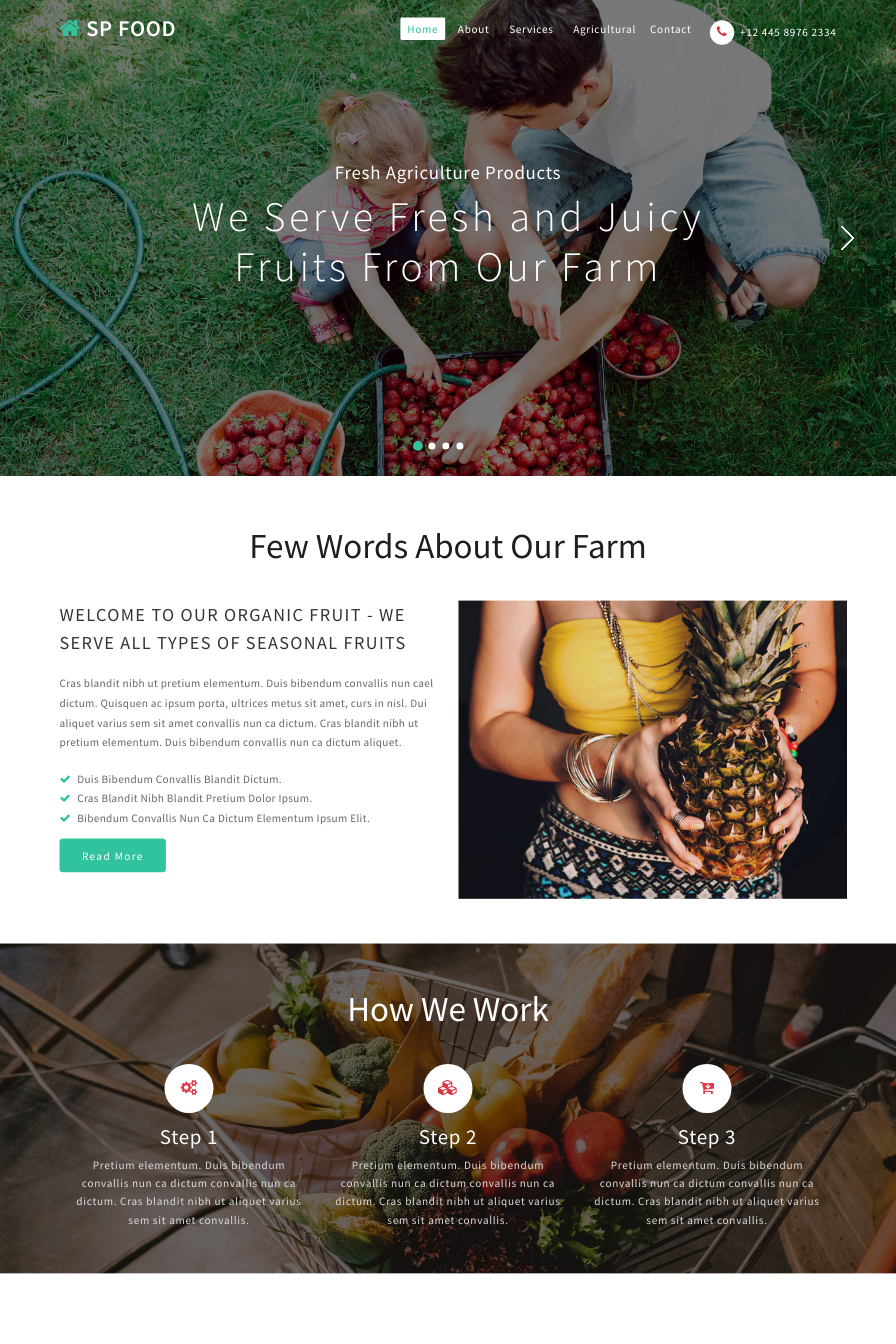
Repository: httpamit/SP-Food
Page: index.html
These files come from the project's save history. The page is drawn as it stood at one moment and after the next save; the edit follows.
The browser window is 1280 px wide. The pictures show the part of the page from y = 0 to 1920 px (the page is 4839 px tall), at 70% of full size.
Backgrounds fixed to the window are drawn as part of the page.

Above is the page before, as saved 2019-02-07 23:16:37.

After the next save:
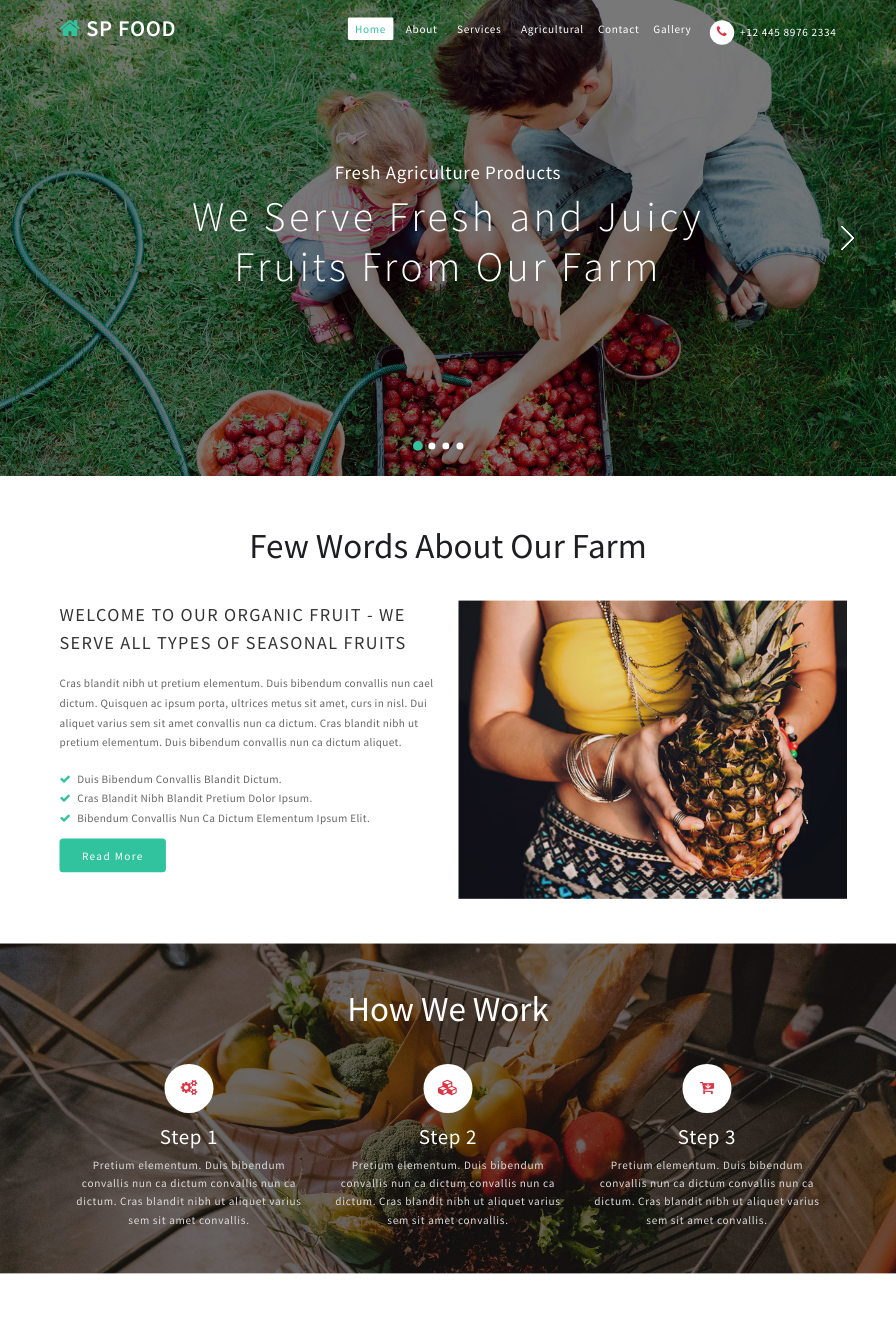
Saved 40 s later.
--- a/index.html
+++ b/index.html
@@ -50,6 +50,7 @@
 					<a href="#agricultural">Agricultural</a>
 					</li>
 					<li><a href="#contact">Contact</a></li>
+					<li><a href="#gallery">Gallery</a></li>
 					<li class="buttons ml-lg-3">
 						<p><span class="fa mr-1 fa-phone"></span> +12 445 8976 2334</p>
 					</li>
